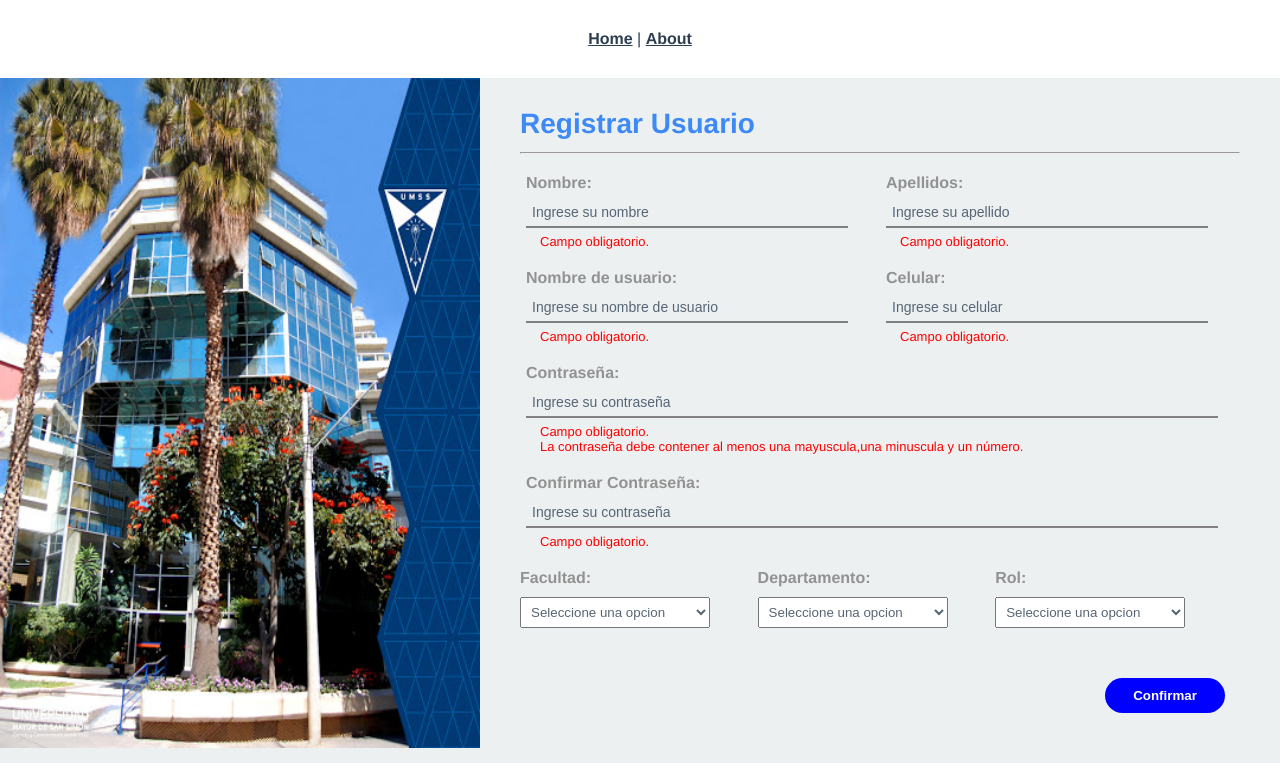
Repository: BritanyTorrico/front-cotizaciones
Page: /register
These files come from the project's save history. The page is drawn as it stood at one moment and after the next save; the edit follows.
The browser window is 1280 px wide. The pictures show the whole page.
The project was rebuilt for these pictures with package versions that can differ from the ones it lists, and the page was loaded fresh each time. Also part of the build but not shown: vue.config.js, src/components/HelloWorld.vue, src/views/Home.vue.

Above is the page before, as saved 2021-04-22 13:36:03.

After the next save:
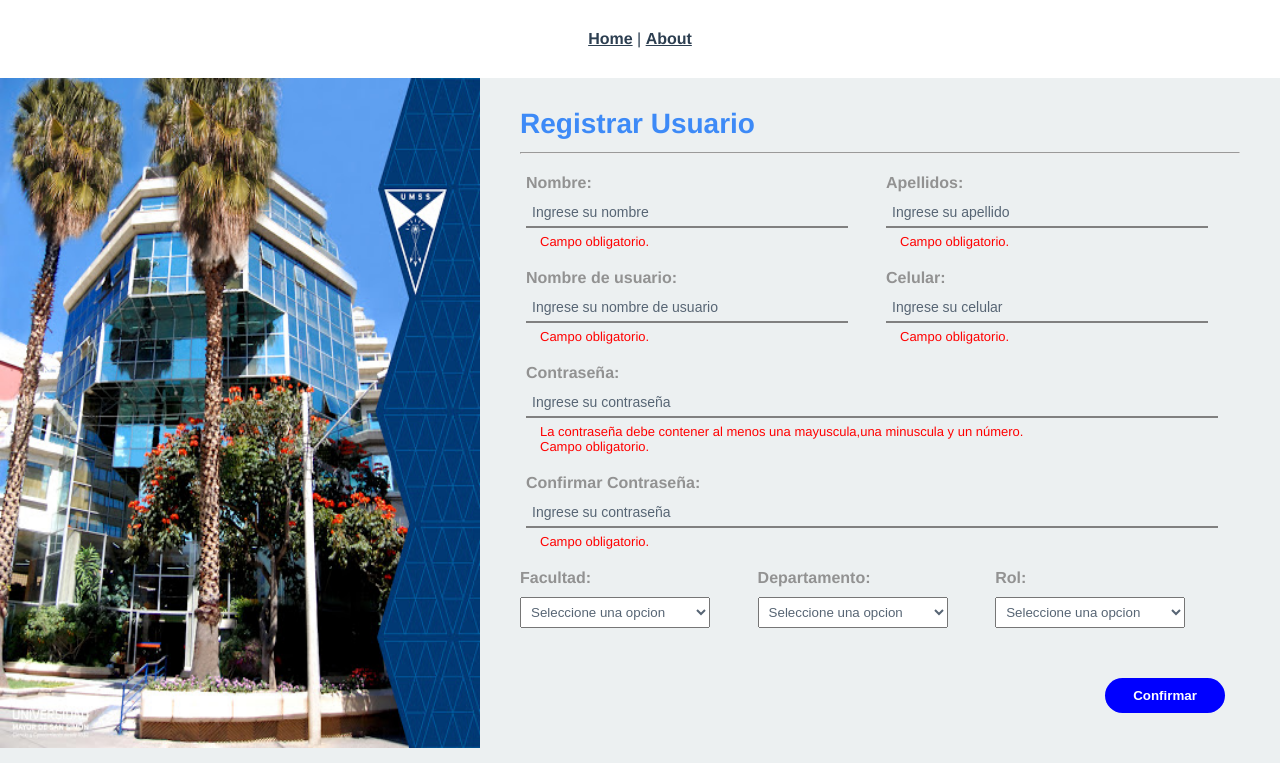
Saved 39 s later.
--- a/src/components/User/RegisterUser.vue
+++ b/src/components/User/RegisterUser.vue
@@ -123,12 +123,13 @@
               placeholder="Ingrese su contraseña"
               v-model="users.contrasena"
             />
-            <div class="form_check-error" v-if="!$v.users.contrasena.required">
-              Campo obligatorio.
-            </div>
+
             <div class="form_check-error" v-if="!$v.users.contrasena.valid">
               La contraseña debe contener al menos una mayuscula,una minuscula y
               un número.
+            </div>
+            <div class="form_check-error" v-if="!$v.users.contrasena.required">
+              Campo obligatorio.
             </div>
             <div class="form_check-error" v-if="!$v.users.contrasena.maxLength">
               Contraseña muy larga máximo
